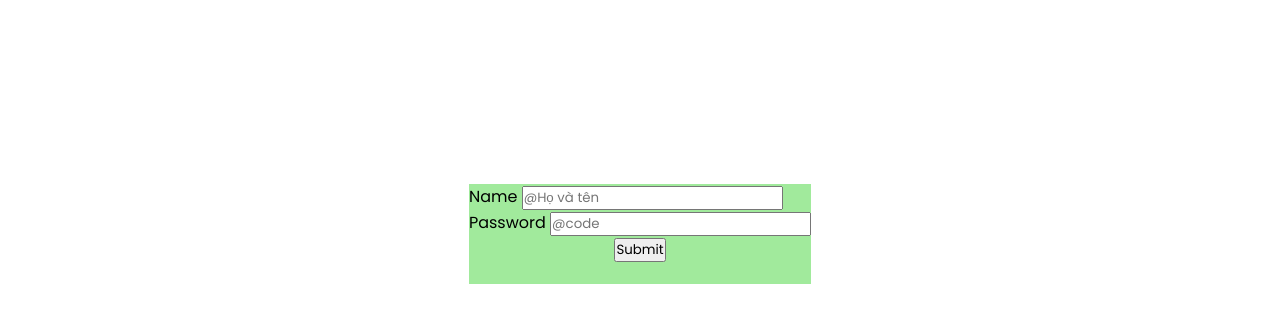
Repository: TruongVu299/Nhom21_NguyenThiNgocLam_DoTruongVu
Page: SourcesCode/index2.html
The author's editor kept a copy of each file at every save. The page is drawn from the files as they stood at one save, then again after the next save.
The browser window is 1280 px wide. The pictures show the whole page.

Above is the page before, as saved 2023-04-22 03:01:42.

### SourcesCode/index2.html
<!DOCTYPE html>
<html lang="en">
<head>
    <meta charset="UTF-8">
    <meta http-equiv="X-UA-Compatible" content="IE=edge">
    <meta name="viewport" content="width=device-width, initial-scale=1.0">
    <title>Đăng nhập</title>
    <link rel="stylesheet" href="./style2.css">
</head>
<body>
    <div id="wrapper">
        <div class="h1">
            <label >Name</label>
            <input placeholder="@Họ và tên" >
        </div>
        <div class="h2">
            <label>Password</label>
            <input placeholder="@code" >
        </div>
        <div class="h3">
            <button >Submit</button>
        </div>
    </div>
</body>
</html>

### SourcesCode/style2.css
@import url('https://fonts.googleapis.com/css2?family=Poppins:ital,wght@0,400;0,500;0,600;1,200;1,400;1,500&display=swap');
*{
    padding:0;
    margin:0;
    box-sizing: border-box;
    font-family:'Poppins', sans-serif;
    cursor: pointer;
}
#wrapper {
    width:max-content;
    height: 100px;
    margin:0px auto;
    margin-top:184px;
    margin-bottom: 50px;
    background:#a1ea9c;
    border:#172016

}
#wrapper .h3 {
    text-align: center;
}

After the next save:
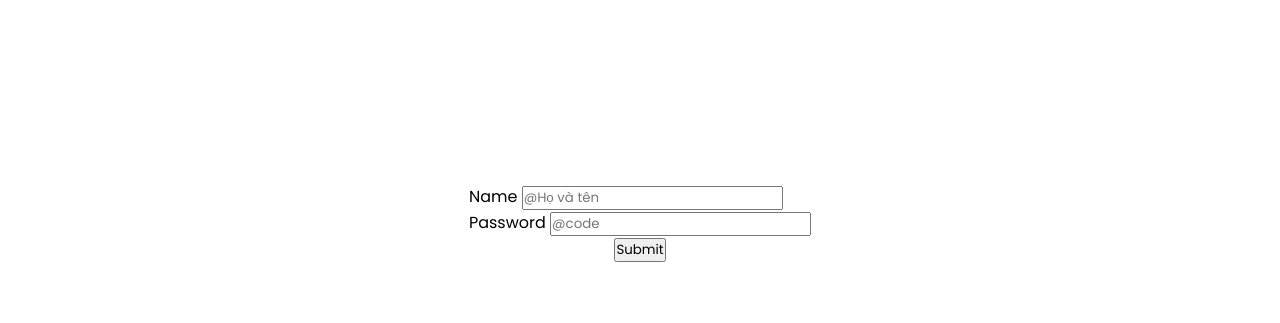
Saved 53 s later.
--- a/SourcesCode/style2.css
+++ b/SourcesCode/style2.css
@@ -12,8 +12,6 @@
     margin:0px auto;
     margin-top:184px;
     margin-bottom: 50px;
-    background:#a1ea9c;
-    border:#172016
 
 }
 #wrapper .h3 {
